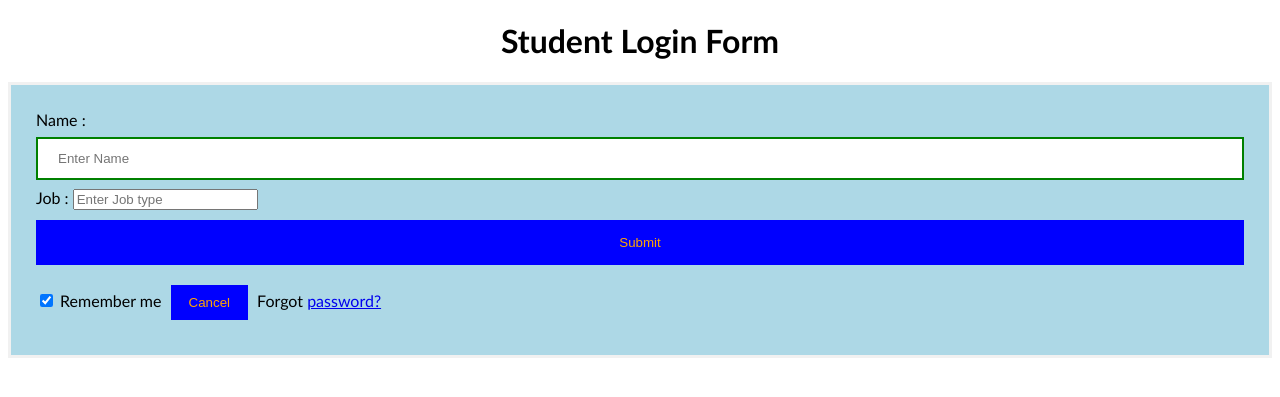
Repository: jiteshsingh1/jsp-servlet
Page: Helloworld/src/main/webapp/welcome.html
An editor plug-in stored every save of this project. The page is shown before and after the next save, followed by the edit.
The browser window is 1280 px wide. The pictures show the whole page.

Above is the page before, as saved 2022-04-11 06:25:53.

### Helloworld/src/main/webapp/welcome.html
<!DOCTYPE html>
<html>
<head>
<meta name="viewport" content="width=device-width, initial-scale=1">
<title> Register Page </title>
<style>
Body {
  font-family: Calibri, Helvetica, sans-serif;
  background-color: white;
}
button {
       background-color:blue;
       width: 100%;
        color: orange;
        padding: 15px;
        margin: 10px 0px;
        border: none;
        cursor: pointer;
         }
 form {
        border: 3px solid #f1f1f1;
    }
 input[type=text], input[type=password] {
        width: 100%;
        margin: 8px 0;
        padding: 12px 20px;
        display: inline-block;
        border: 2px solid green;
        box-sizing: border-box;
    }
 button:hover {
        opacity: 0.7;
    }
  .cancelbtn {
        width: auto;
        padding: 10px 18px;
        margin: 10px 5px;
    }


 .container {
        padding: 25px;
        background-color: lightblue;
    }
</style>
</head>
<body>
    <center> <h1> Student Login Form </h1> </center>
    <form >
        <div class="container">
            <label>Name : </label>
            <input type="text" placeholder="Enter Name" name="Name" required>
            <label>Job : </label>
            <input type="Job Type" placeholder="Enter Job type" name="password" required>
            <button type="submit">Submit</button>
            <input type="checkbox" checked="checked"> Remember me
            <button type="button" class="cancelbtn"> Cancel</button>
            Forgot <a href="#"> password? </a>
        </div>
    </form>
</body>
</html>

After the next save:
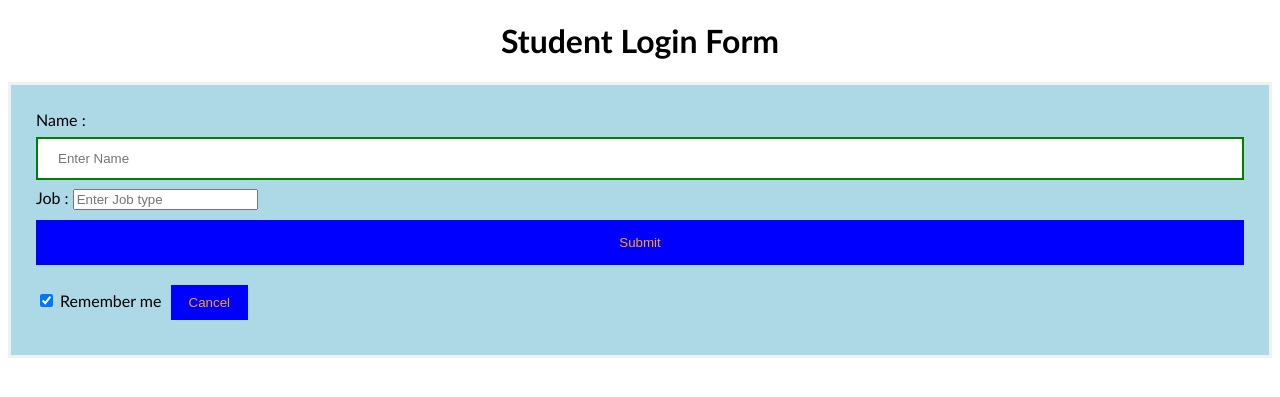
Saved 41 s later.
--- a/Helloworld/src/main/webapp/welcome.html
+++ b/Helloworld/src/main/webapp/welcome.html
@@ -55,7 +55,7 @@ button {
             <button type="submit">Submit</button>
             <input type="checkbox" checked="checked"> Remember me
             <button type="button" class="cancelbtn"> Cancel</button>
-            Forgot <a href="#"> password? </a>
+
         </div>
     </form>
 </body>
